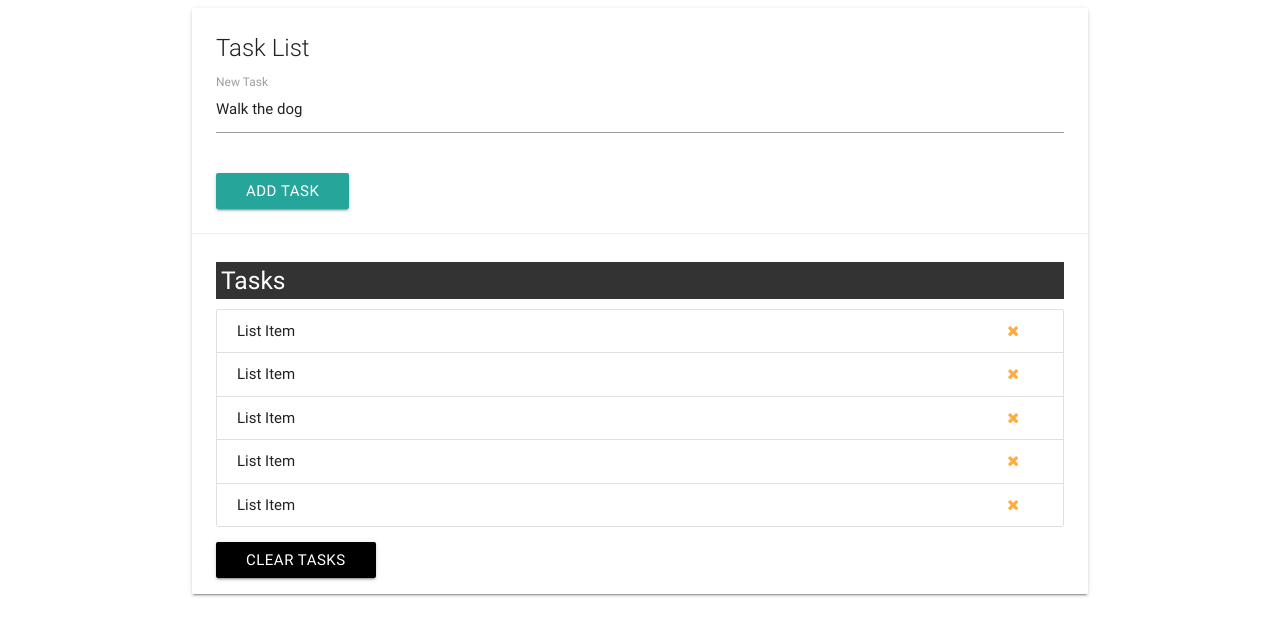
Repository: brianokanga/modern-javascript
Page: Section 3/index.html
The author's editor kept a copy of each file at every save. The page is drawn from the files as they stood at one save, then again after the next save.
The browser window is 1280 px wide. The pictures show the whole page.
Some web libraries are served in a nearby version.

Above is the page before, as saved 2020-04-03 01:55:54.

### Section 3/index.html
<!DOCTYPE html>
<html lang="en">

<head>
  <meta charset="UTF-8">
  <meta name="viewport" content="width=device-width, initial-scale=1.0">
  <meta http-equiv="X-UA-Compatible" content="ie=edge">
  <link rel="stylesheet" href="https://cdnjs.cloudflare.com/ajax/libs/materialize/0.100.2/css/materialize.min.css">
  <link href="https://maxcdn.bootstrapcdn.com/font-awesome/4.7.0/css/font-awesome.min.css" rel="stylesheet" integrity="sha384-wvfXpqpZZVQGK6TAh5PVlGOfQNHSoD2xbE+QkPxCAFlNEevoEH3Sl0sibVcOQVnN"
    crossorigin="anonymous">
  <title>Task List</title>
</head>

<body>
  <div class="container">
    <div class="row">
      <div class="col s12">
        <div id="main" class="card">
          <div class="card-content">
            <span class="card-title">Task List</span>
            <div class="row">
              <form id="task-form">
                <div class="input-field col s12">
                  <input type="text" name="task" id="task" value="Walk the dog">
                  <label for="task">New Task</label>
                </div>
            </div>
            <input type="submit" value="Add Task" class="btn">
            </form>
          </div>
          <div class="card-action">
            <h5 id="task-title">Tasks</h5>
            <ul class="collection">
              <li class="collection-item">
                List Item
                <a href="#" class="delete-item secondary-content">
                  <i class="fa fa-remove"></i>
                </a>
              </li>
              <li class="collection-item">
                List Item
                <a href="#" class="delete-item secondary-content">
                  <i class="fa fa-remove"></i>
                </a>
              </li>
              <li class="collection-item">
                List Item
                <a href="#" class="delete-item secondary-content">
                  <i class="fa fa-remove"></i>
                </a>
              </li>
              <li class="collection-item">
                List Item
                <a href="#" class="delete-item secondary-content">
                  <i class="fa fa-remove"></i>
                </a>
              </li>
              <li class="collection-item">
                List Item
                <a href="#" class="delete-item secondary-content">
                  <i class="fa fa-remove"></i>
                </a>
              </li>
            </ul>
            <a class="clear-tasks btn black" href="">Clear Tasks</a>
          </div>
        </div>
      </div>
    </div>
  </div>
  <script src="https://code.jquery.com/jquery-3.2.1.js" integrity="sha256-DZAnKJ/6XZ9si04Hgrsxu/8s717jcIzLy3oi35EouyE=" crossorigin="anonymous"></script>
  <script src="https://cdnjs.cloudflare.com/ajax/libs/materialize/0.100.2/js/materialize.min.js"></script>
  <script src="app.js"></script>
</body>

</html>

### Section 3/app.js
let val ;
val = document;
val = document.all;
val = document.all[2];
val = document.all.length;
val = document.head;
val = document.body;
val = document.domain;
val = document.URL;
val = document.characterSet;
val = document.contentType;

val = document.forms;
val = document.forms[0];
val = document.forms[0].id;
val = document.forms[0].method;
val = document.forms[0].action;



val = document.links;
val = document.links[0];
val = document.links[0].id;
val = document.links[0].className;
val = document.links[0].classList[0];

val = document.images;

val = document.scripts;
val = document.scripts[2].getAttribute('src');


let scripts = document.scripts;

let scriptsArr = Array.from(scripts);

scriptsArr.forEach(function(script){
    console.log(scripts);
})

// console.log(val);
//getElementById
console.log(document.getElementById('task-title'));
console.log(document.getElementById('task-title').id);
console.log(document.getElementById('task-title').className);


//change styling
document.getElementById('task-title').style.background = '#333';
document.getElementById('task-title').style.color = '#fff';
document.getElementById('task-title').style.padding = '5px';

After the next save:
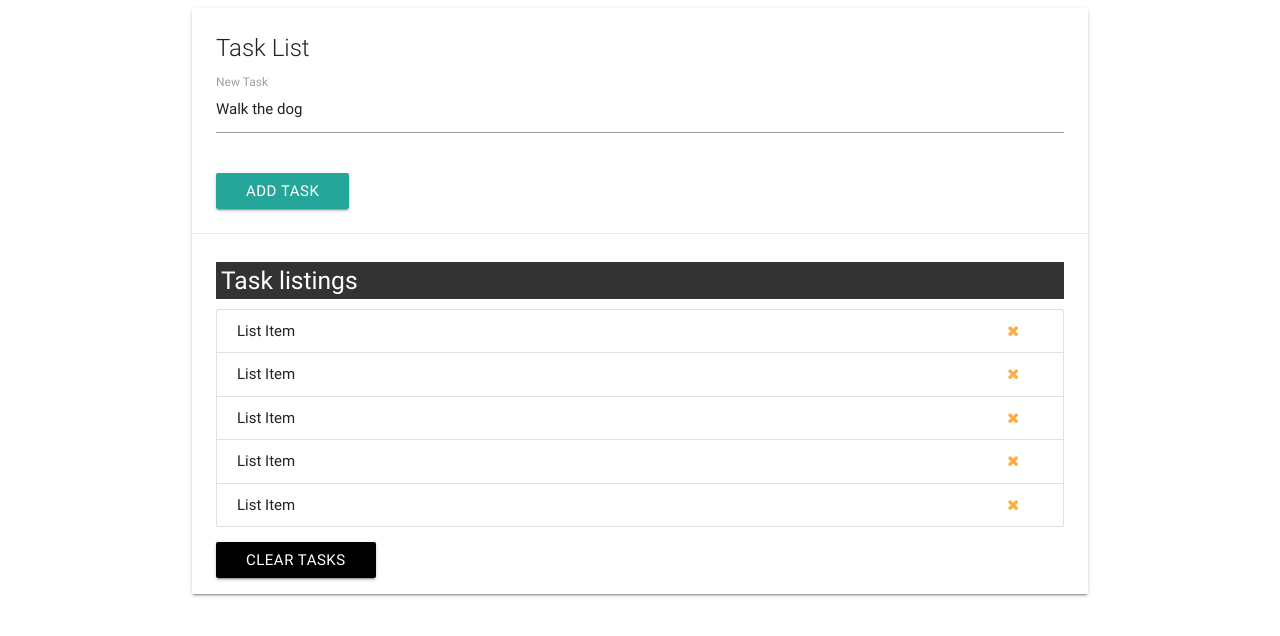
Saved 5 min 57 s later.
--- a/Section 3/app.js
+++ b/Section 3/app.js
@@ -49,3 +49,6 @@ console.log(document.getElementById('task-title').className);
 document.getElementById('task-title').style.background = '#333';
 document.getElementById('task-title').style.color = '#fff';
 document.getElementById('task-title').style.padding = '5px';
+
+// change the content
+document.getElementById('task-title').textContent = 'Task listings'
